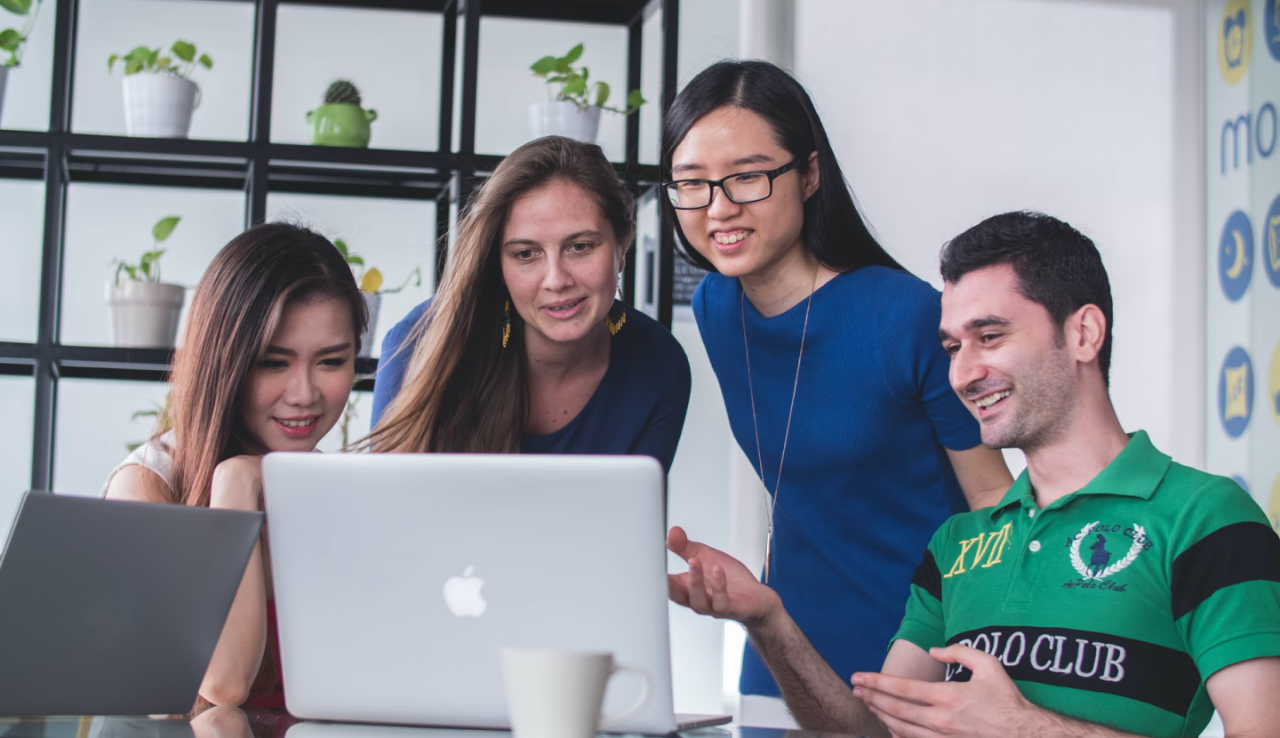
Repository: vandangnhathung/educationplatform
Page: /
The author's editor kept a copy of each file at every save. The page is drawn from the files as they stood at one save, then again after the next save.
The browser window is 1280 px wide. The pictures show the whole page.
The project was rebuilt for these pictures with package versions that can differ from the ones it lists, and the page was loaded fresh each time.

Above is the page before, as saved 2022-06-20 14:09:33.

### src/index.js
import React from "react";
import ReactDOM from "react-dom/client";
import App from "./App";
import reportWebVitals from "./reportWebVitals";
import "./index.css";
const root = ReactDOM.createRoot(document.getElementById("root"));
root.render(
  <React.StrictMode>
    <App />
  </React.StrictMode>
);

// If you want to start measuring performance in your app, pass a function
// to log results (for example: reportWebVitals(console.log))
// or send to an analytics endpoint. Learn more: https://bit.ly/CRA-vitals
reportWebVitals();

### src/App.js
import Header from "./components/Header";

function App() {
  return (
    <>
      <Header></Header>
    </>
  );
}

export default App;

### src/index.css
@tailwind base;
@tailwind components;
@tailwind utilities;

*,
*::before,
*::after {
  box-sizing: border-box;
}
* {
  margin: 0;
  padding: 0;
}

html,
body {
  height: 100%;
}
body {
  line-height: 1.5;
}

img,
picture,
video,
canvas,
svg {
  display: block;
  max-width: 100%;
}
input,
button,
textarea,
select {
  font: inherit;
  outline: none;
}
p,
h1,
h2,
h3,
h4,
h5,
h6 {
  overflow-wrap: break-word;
}

.container {
    max-width: 1440px;
    margin: 0 auto;
}

### src/components/Header.js
import React, { useEffect } from "react";
import headerImg from "../images/Images.png";
const Header = () => {
  return (
    <header>
      <div className="container"></div>
      <img src={headerImg} alt="header_img" className="w-full" />
    </header>
  );
};

export default Header;

Loaded but not shown: public/index.html (common file); src/reportWebVitals.js (common file); tailwind.config.js (common file)

After the next save:
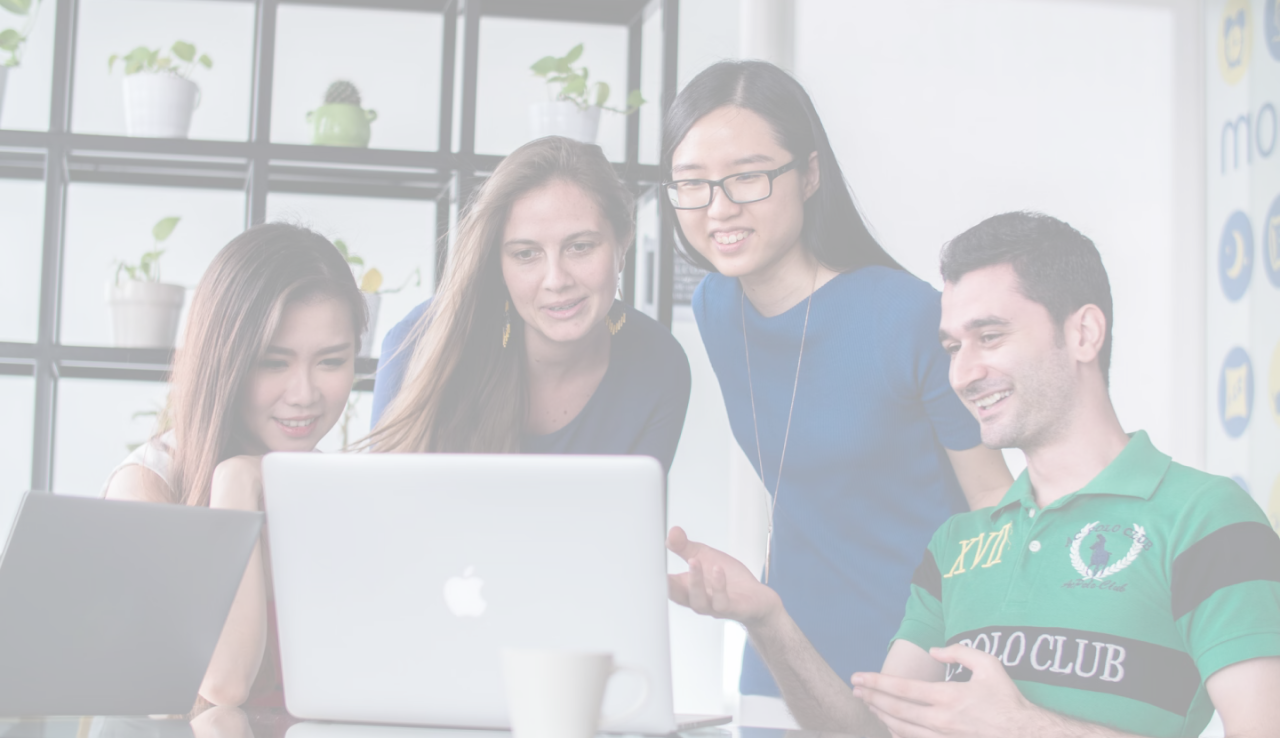
Saved 18 s later.
--- a/src/components/Header.js
+++ b/src/components/Header.js
@@ -4,7 +4,7 @@
   return (
     <header>
       <div className="container"></div>
-      <img src={headerImg} alt="header_img" className="w-full" />
+      <img src={headerImg} alt="header_img" className="w-full opacity-40" />
     </header>
   );
 };

After the save that followed:
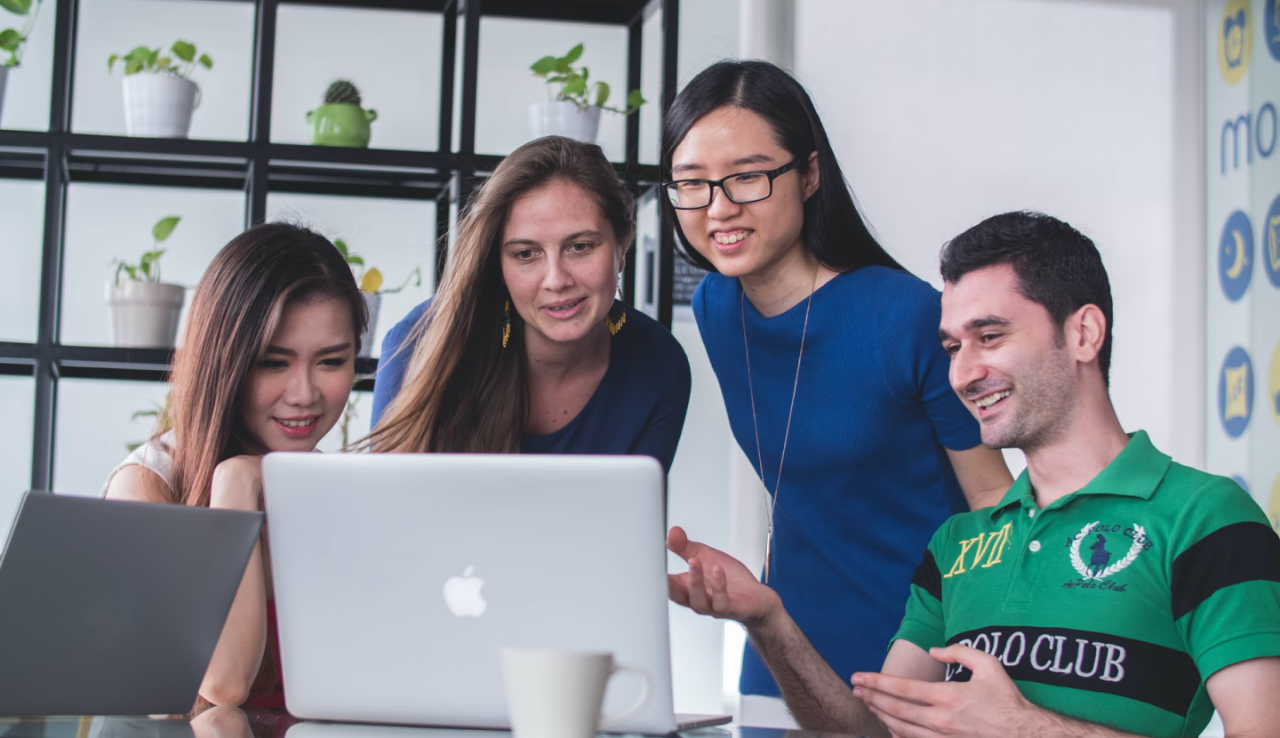
Saved 4 s later.
--- a/src/components/Header.js
+++ b/src/components/Header.js
@@ -4,7 +4,7 @@
   return (
     <header>
       <div className="container"></div>
-      <img src={headerImg} alt="header_img" className="w-full opacity-40" />
+      <img src={headerImg} alt="header_img" className="w-full" />
     </header>
   );
 };
